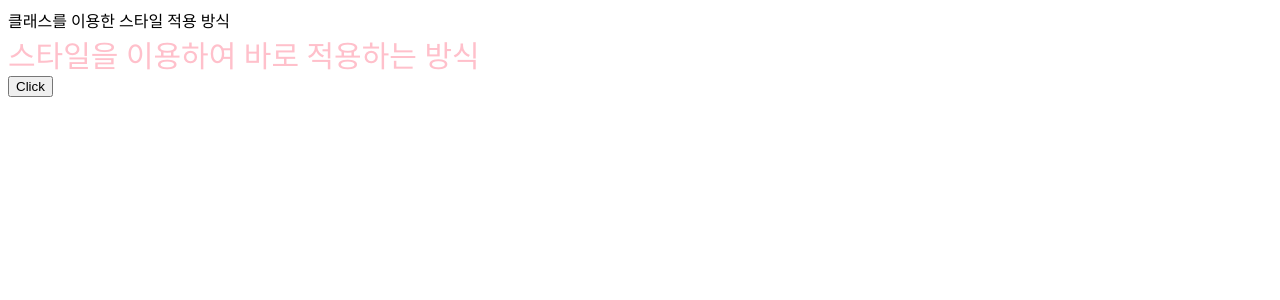
Repository: RyuGeunHwan/code_J
Page: Vuejs/22-08-10 vuejs 클래스 and 스타일 바인딩.html
An editor plug-in stored every save of this project. The page is shown before and after the next save, followed by the edit.
The browser window is 1280 px wide. The pictures show the whole page.

Above is the page before, as saved 2022-08-10 10:22:00.

### Vuejs/22-08-10 vuejs 클래스 and 스타일 바인딩.html
<!DOCTYPE html>
<html lang="en">
<head>
    <meta charset="UTF-8">
    <meta http-equiv="X-UA-Compatible" content="IE=edge">
    <meta name="viewport" content="width=device-width, initial-scale=1.0">
    <title>vuejs 클래스 & 스타일 바인딩</title>
    <script src="https://cdn.jsdelivr.net/npm/vue/dist/vue.js"></script>
    <style>
        .red{
            color: red;
        }

        .font-bold{
            font-weight: bold;
            font-size: 30px;
        }
    </style>
</head>
<body>
    <div id="app">
        <div :class="{ red: isRed, 'font-bold': isBoldSize}">클래스를 이용한 스타일 적용 방식</div>
        <div :style="styleObject">스타일을 이용하여 바로 적용하는 방식</div>
        <button @click="update()">Click</button>
    </div>
    <script>
        new Vue({
            el: '#app',
            data:{
                isRed: false,
                isBoldSize: false,
                styleObject:{
                    color: 'pink',
                    fontSize: '30px'
                }
            },
            methods:{
                update(){
                    this.isRed = !this.isRed;
                    this.isBoldSize = !this.isBoldSize;
                }
            }
        })
    </script>
</body>
</html>

After the next save:
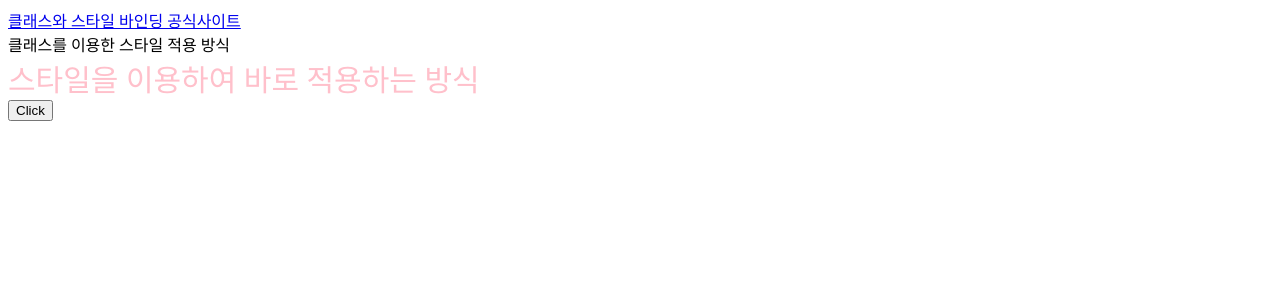
Saved 21 s later.
--- a/Vuejs/22-08-10 vuejs 클래스 and 스타일 바인딩.html
+++ b/Vuejs/22-08-10 vuejs 클래스 and 스타일 바인딩.html
@@ -19,6 +19,7 @@
 </head>
 <body>
     <div id="app">
+        <a href="https://kr.vuejs.org/v2/guide/class-and-style.html">클래스와 스타일 바인딩 공식사이트</a>
         <div :class="{ red: isRed, 'font-bold': isBoldSize}">클래스를 이용한 스타일 적용 방식</div>
         <div :style="styleObject">스타일을 이용하여 바로 적용하는 방식</div>
         <button @click="update()">Click</button>
